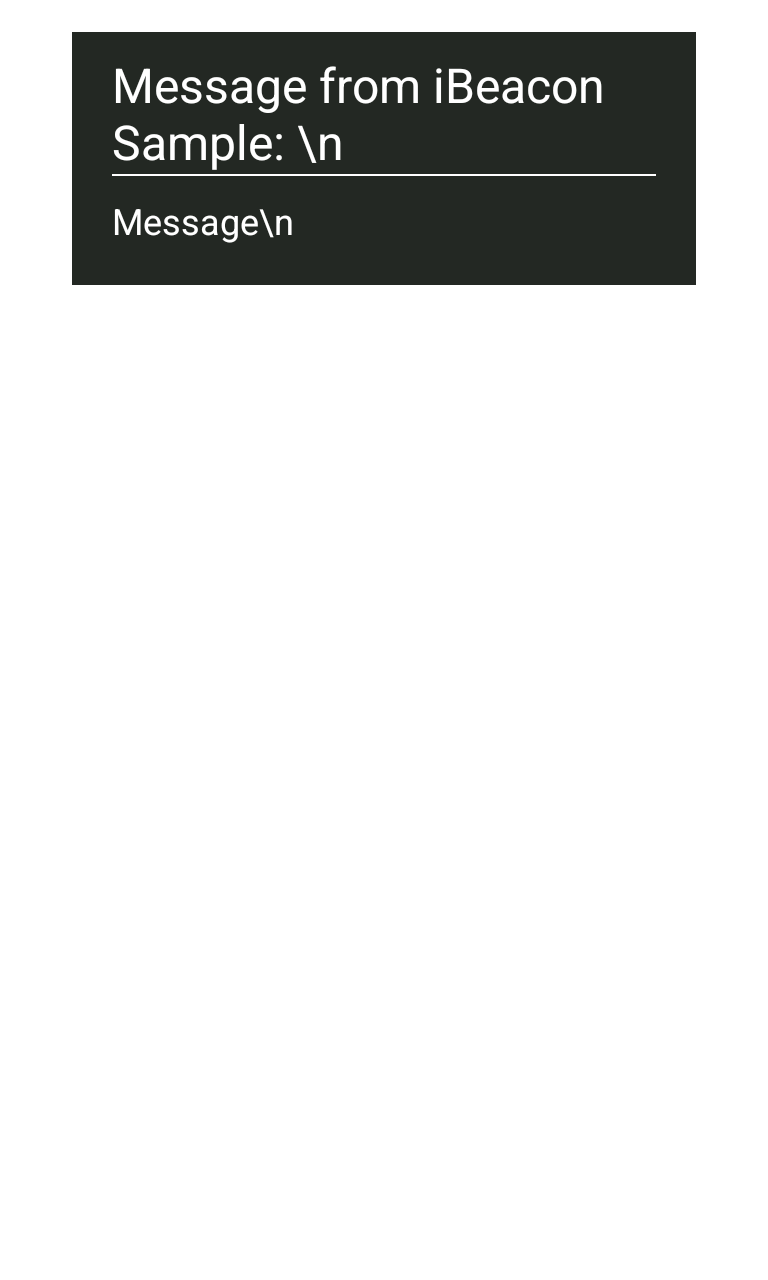
Repository: martawilgan/Android-iBeacon
Layout: iBeacon Sample/iBeaconSample/res/layout/activity_notification.xml
The author's editor kept a copy of each file at every save. The layout is drawn from the files as they stood at one save, then again after the next save.
It is drawn on a 768 x 1280 px phone screen (xhdpi) without system bars, with theme AppTheme; the app's code is not run.

Above is the layout before, as saved 2014-07-10 17:23:43.

### iBeacon Sample/iBeaconSample/res/layout/activity_notification.xml
<RelativeLayout xmlns:android="http://schemas.android.com/apk/res/android"
    xmlns:tools="http://schemas.android.com/tools"
    android:layout_width="match_parent"
    android:layout_height="match_parent"
    android:paddingBottom="@dimen/activity_vertical_margin"
    android:paddingLeft="@dimen/activity_horizontal_margin"
    android:paddingRight="@dimen/activity_horizontal_margin"
    android:paddingTop="@dimen/activity_vertical_margin"
    android:background="@android:color/transparent"
    tools:context=".ActivityNotification" >

    <LinearLayout
        android:id="@+id/llAlert"
        android:layout_width="match_parent"
   		android:layout_height="wrap_content"
   		android:layout_marginLeft="20dp"
		android:layout_marginRight="20dp"
		android:orientation="vertical"
		android:background="@color/Midnight_Gray"
		android:gravity="center_vertical">

       	<TextView
	        android:id="@+id/tvTitle"
	        android:layout_width="wrap_content"
	        android:layout_height="wrap_content"
	        android:layout_marginTop="10dp"
	        android:layout_marginLeft="20dp"
			android:layout_marginRight="20dp"
			android:textColor="@color/White"
			android:textSize="24sp"
	        android:text="Message from iBeacon Sample: \n" />

       	<View
       	    android:id="@+id/vLine"
   	    	android:layout_width="wrap_content"
	        android:layout_height="1dp"
	        android:layout_marginLeft="20dp"
			android:layout_marginRight="20dp"
			android:background="@color/White"/>

	    <TextView
	        android:id="@+id/tvMsg"
	        android:layout_width="wrap_content"
	        android:layout_height="wrap_content"
	        android:layout_marginTop="10dp"
	        android:layout_marginLeft="20dp"
			android:layout_marginRight="20dp"
			android:layout_marginBottom="20dp"
			android:textColor="@color/White"
			android:textSize="18sp"
	        android:text="Message\n" />
    </LinearLayout>

</RelativeLayout>

### iBeacon Sample/iBeaconSample/res/values/Color.xml
<?xml version="1.0" encoding="utf-8"?>
<resources>
    <color name="Black">#000000</color>
    <color name="White">#FFFFFF</color>
    <color name="Midnight_Gray">#232823</color>
</resources>

Loaded but not shown: iBeacon Sample/iBeaconSample/res/values/styles.xml (common file); iBeacon Sample/iBeaconSample/res/values-v11/styles.xml (common file); iBeacon Sample/iBeaconSample/res/values-v14/styles.xml (common file); iBeacon Sample/iBeaconSample/res/values/dimens.xml (common file); iBeacon Sample/iBeaconSample/res/values-w820dp/dimens.xml (common file)

After the next save:
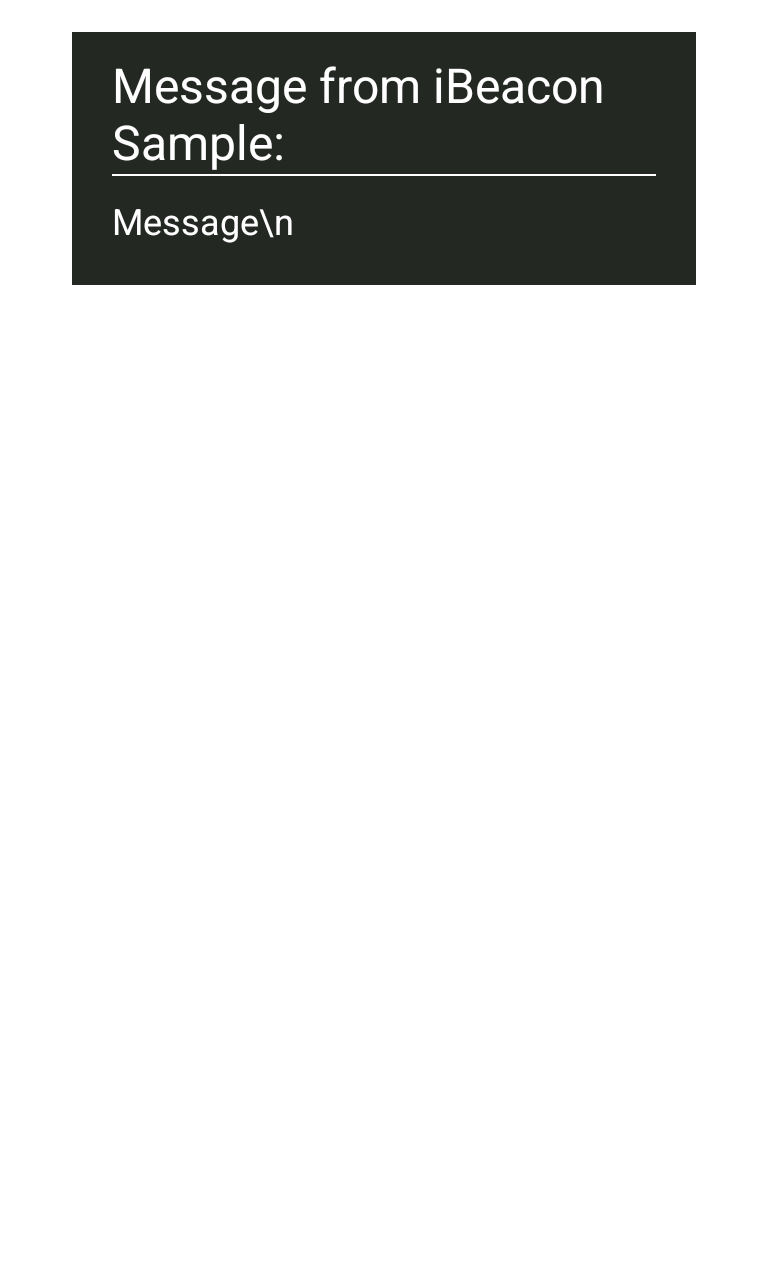
Saved 22 s later.
--- a/iBeacon Sample/iBeaconSample/res/layout/activity_notification.xml
+++ b/iBeacon Sample/iBeaconSample/res/layout/activity_notification.xml
@@ -28,7 +28,7 @@
 			android:layout_marginRight="20dp"
 			android:textColor="@color/White"
 			android:textSize="24sp"
-	        android:text="Message from iBeacon Sample: \n" />
+	        android:text="Message from iBeacon Sample:" />
 
        	<View
        	    android:id="@+id/vLine"
